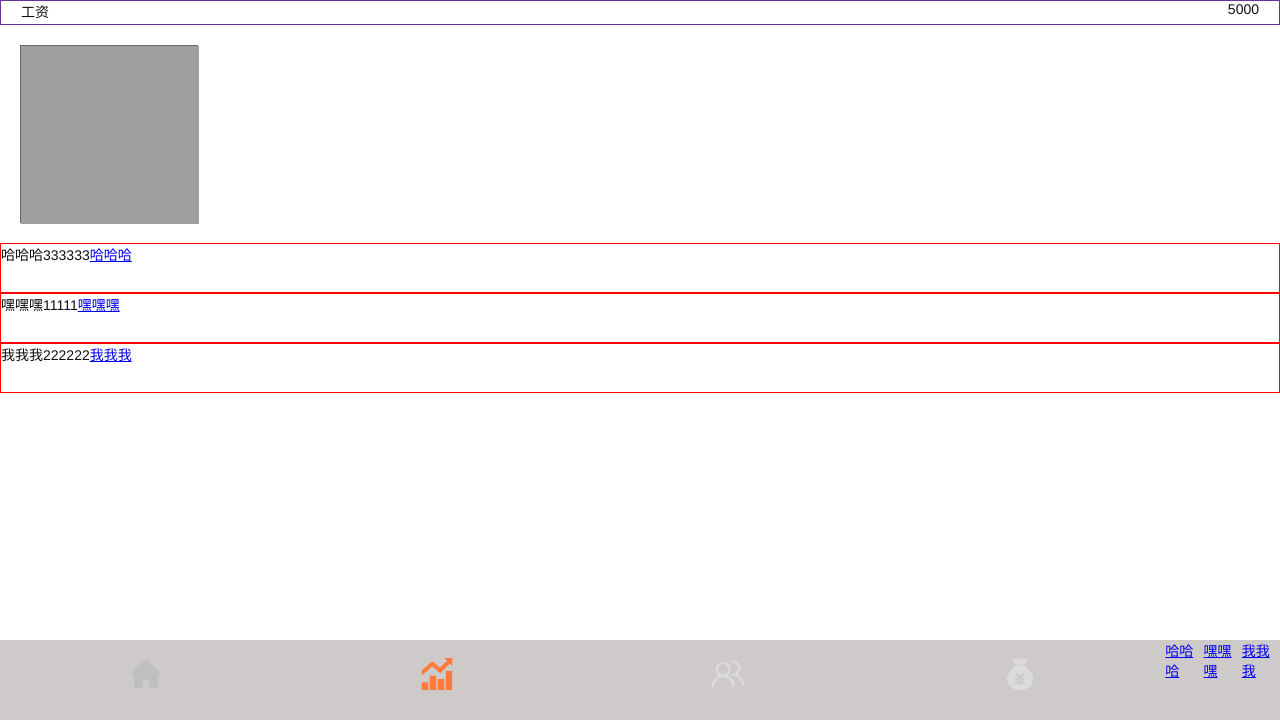
Repository: panlin520-team/lnmj-staffH5
Page: /#/salary
An editor plug-in stored every save of this project. The page is shown before and after a run of saves, followed by the edit.
The browser window is 1280 px wide. The pictures show the whole page.
Pictures or frames that could not be fetched are drawn as grey boxes. The project was rebuilt for these pictures with package versions that can differ from the ones it lists, and the page was loaded fresh each time. Also part of the build but not shown: src/views/Lojin.vue.

Above is the page before, as saved 2020-04-09 16:22:18.

After the next 2 saves:
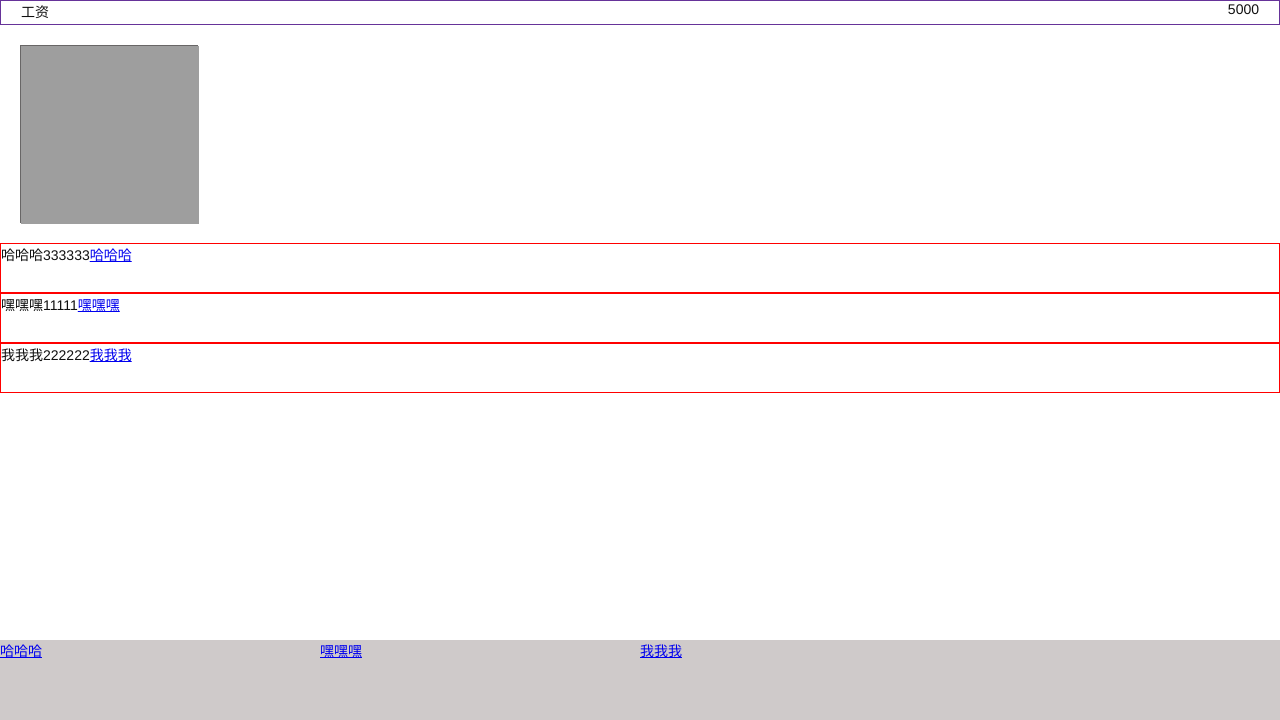
The 2 saves are shown as one change because they came seconds apart.
The last was saved 38 s later.
--- a/src/components/Btnnavigation.vue
+++ b/src/components/Btnnavigation.vue
@@ -6,7 +6,7 @@
       <router-link to="/homepage">首页</router-link>
       </div>
     </div>-->
-    <router-link class="somenavigation" to="/homepage">
+    <!-- <router-link class="somenavigation" to="/homepage">
       <div class="navitnew">
         <img src="../assets/images/homepage.png" alt />
       </div>
@@ -25,8 +25,8 @@
       <div class="navitnew">
         <img src="../assets/images/wage.png" alt />
       </div>
-    </router-link>
-    <div class="wwwobjext" v-for="item in dataondter" :key="item.id">
+    </router-link> -->
+    <div class="somenavigation" v-for="item in dataondter" :key="item.id">
       <router-link :to="{ path: item.path }">{{item.name}}</router-link>
     </div>
   </div>
